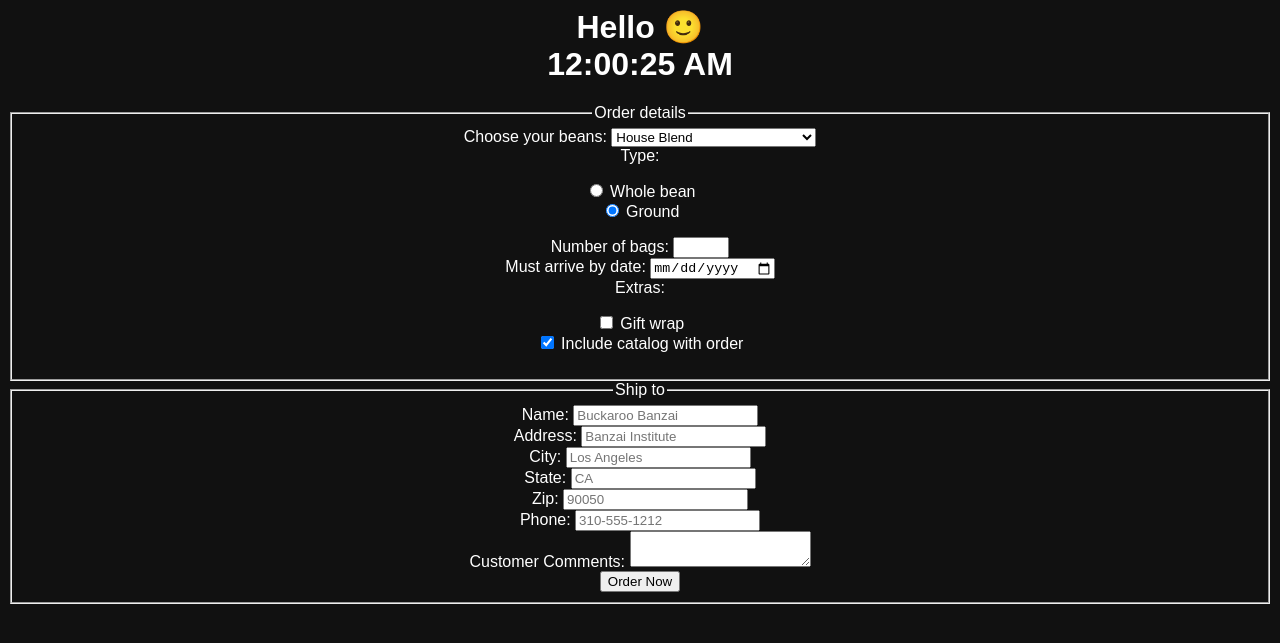
Repository: 43320888/upwork
Page: popup/index.html
An editor plug-in stored every save of this project. The page is shown before and after the next save, followed by the edit.
The browser window is 1280 px wide. The pictures show the whole page.

Above is the page before, as saved 2019-01-24 10:46:34.

### popup/index.html
<meta http-equiv="Content-Type" content="text/html;charset=UTF-8">
<style>
	form{
		border-spacing: 10px;
	}
</style>
<body style="background:#111; color:#fff; font-family: Arial, Helvetica, sans-serif; text-align: center">
	<h1>Hello 🙂<div></div><script src="timer.js"></script></h1>
	<form action="http://www.starbuzzcoffee.com/processorder.php" method="post">
		<fieldset>
			<legend>Order details</legend>
			<div class="tableRow">
				<label for="beans">
				  Choose your beans:
				</label>
		    <select id="beans" name="beans">
		      <option value="House Blend">House Blend</option>
		      <option value="Bolivia">Shade Grown Bolivia Supremo</option>
		      <option value="Guatemala">Organic Guatemala</option>
		      <option value="Kenya">Kenya</option>
		    </select>
			</div>
			<div class="tableRow">
				<label>Type:</label>
				<p>
				   <input type="radio" id="whole_beantype" name="beantype" value="whole">
						<label for="whole_beantype">Whole bean</label><br>
			    <input type="radio" id="ground_beantype" name="beantype" value="ground" checked>
				    <label for="ground_beantype">Ground</label>
				</p>
			</div>
			<div class="tableRow">
				<label for="bags">Number of bags:</label>
				<input type="number" id="bags" name="bags" min="1" max="10">
			</div>
			<div class="tableRow">
				<label for="date">Must arrive by date:</label>
				<input type="date" name="date">
			</div>
			<div class="tableRow">
				<label>Extras:</label>
				<p>
			    <input type="checkbox" id="giftwrap_extras" name="extras[]" value="giftwrap">
						<label for="giftwrap_extras">Gift wrap</label><br>
			    <input type="checkbox" id="catalog_extras" name="extras[]" value="catalog" checked>
				    <label for="catalog_extras">Include catalog with order</label>
				</p>
			</div>
		</fieldset>
		<fieldset>
			<legend>Ship to</legend>
			<div class="tableRow">
				<label for="name">Name:</label>
				<input type="text" id="name" name="name" value="" placeholder="Buckaroo Banzai" required>
			</div>
			<div class="tableRow">
				<label for="address">Address:</label>
				<input type="text" id="address" name="address" value="" placeholder="Banzai Institute" required>
			</div>
			<div class="tableRow">
				<label for="city">City:</label>
				<input type="text" id="city" name="city" value="" placeholder="Los Angeles" required>
			</div>
			<div class="tableRow">
				<label for="state">State:</label>
				<input type="text" id="state" name="state" value="" placeholder="CA" required>
			</div>
			<div class="tableRow">
				<label for="zip">Zip:</label>
				<input type="text" id="zip" name="zip" value="" placeholder="90050" required>
			</div>
			<div class="tableRow">
				<label for="phone">Phone:</label>
				<input type="tel" id="phone" name="phone" value="" placeholder="310-555-1212" required>
			</div>
			<div class="tableRow">
				<label for="comments">Customer Comments:</label>
		    <textarea id="comments" name="comments"></textarea>
			</div>
			<div class="tableRow">
				<label></label>
				<input type="submit" value="Order Now">
			</div>
		</fieldset>
	    </form>
</body>

### popup/timer.js
(() => {
	const x = new Date().getTime() + 30000;
	const j = document.querySelector('h1 div');

	backTimer();

	function backTimer() {
		let i = new Date().getTime();
		if (i < x) {
			j.innerHTML = new Date(x - i).toLocaleTimeString();
			setTimeout(backTimer, 500);
		}
		else {
			// j.innerHTML = "00:00:00";
			document.body.innerHTML = '<h1>Time is over</h1>';
		}
	}
})();

After the next save:
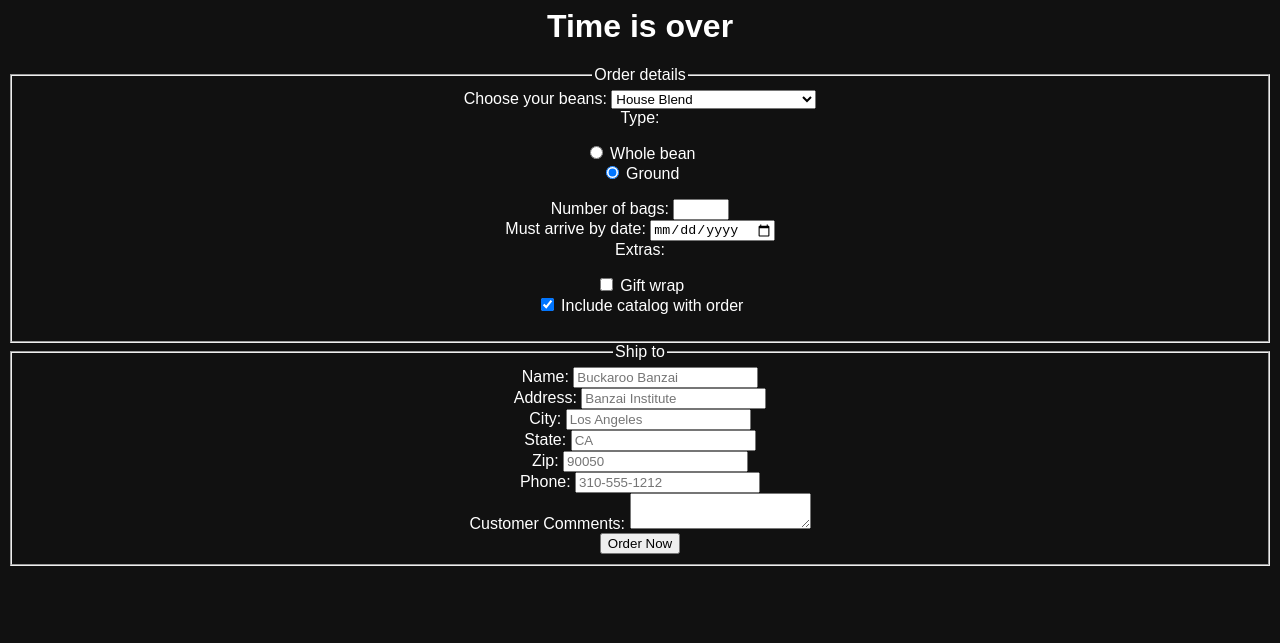
Saved 2 min 28 s later.
--- a/popup/timer.js
+++ b/popup/timer.js
@@ -1,5 +1,5 @@
 (() => {
-	const x = new Date().getTime() + 30000;
+	const x =  30000;
 	const j = document.querySelector('h1 div');
 
 	backTimer();

After the save that followed:
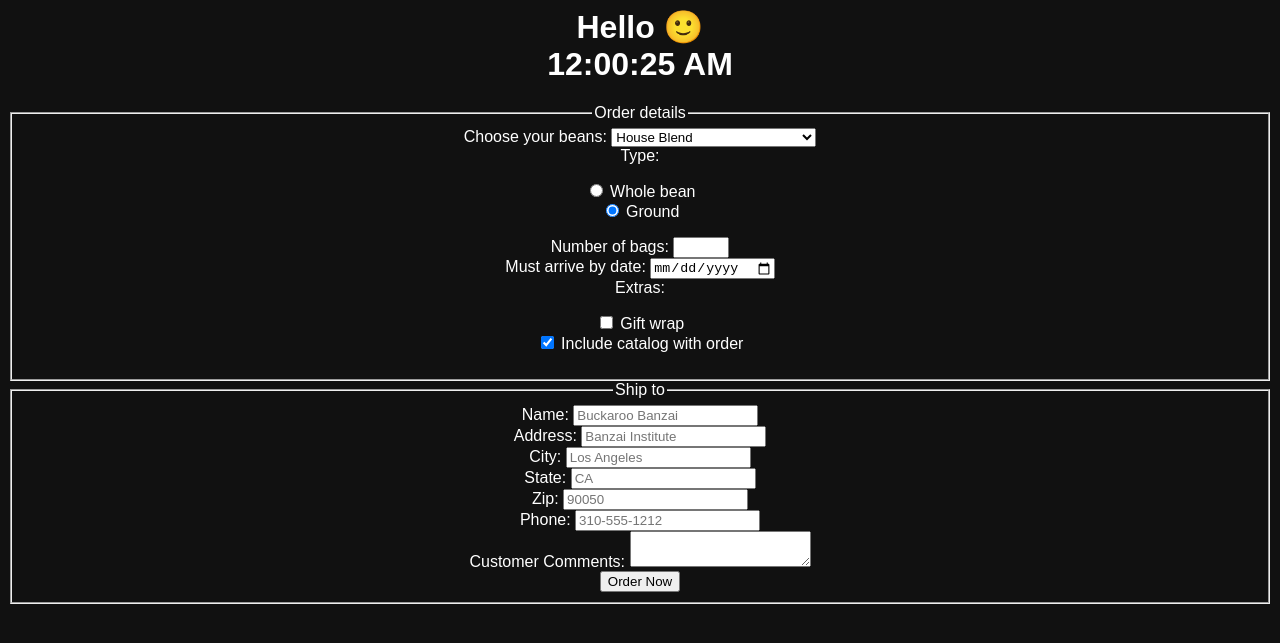
Saved 7 s later.
--- a/popup/timer.js
+++ b/popup/timer.js
@@ -1,5 +1,5 @@
 (() => {
-	const x =  30000;
+	const x = new Date().getTime() + 30000;
 	const j = document.querySelector('h1 div');
 
 	backTimer();
